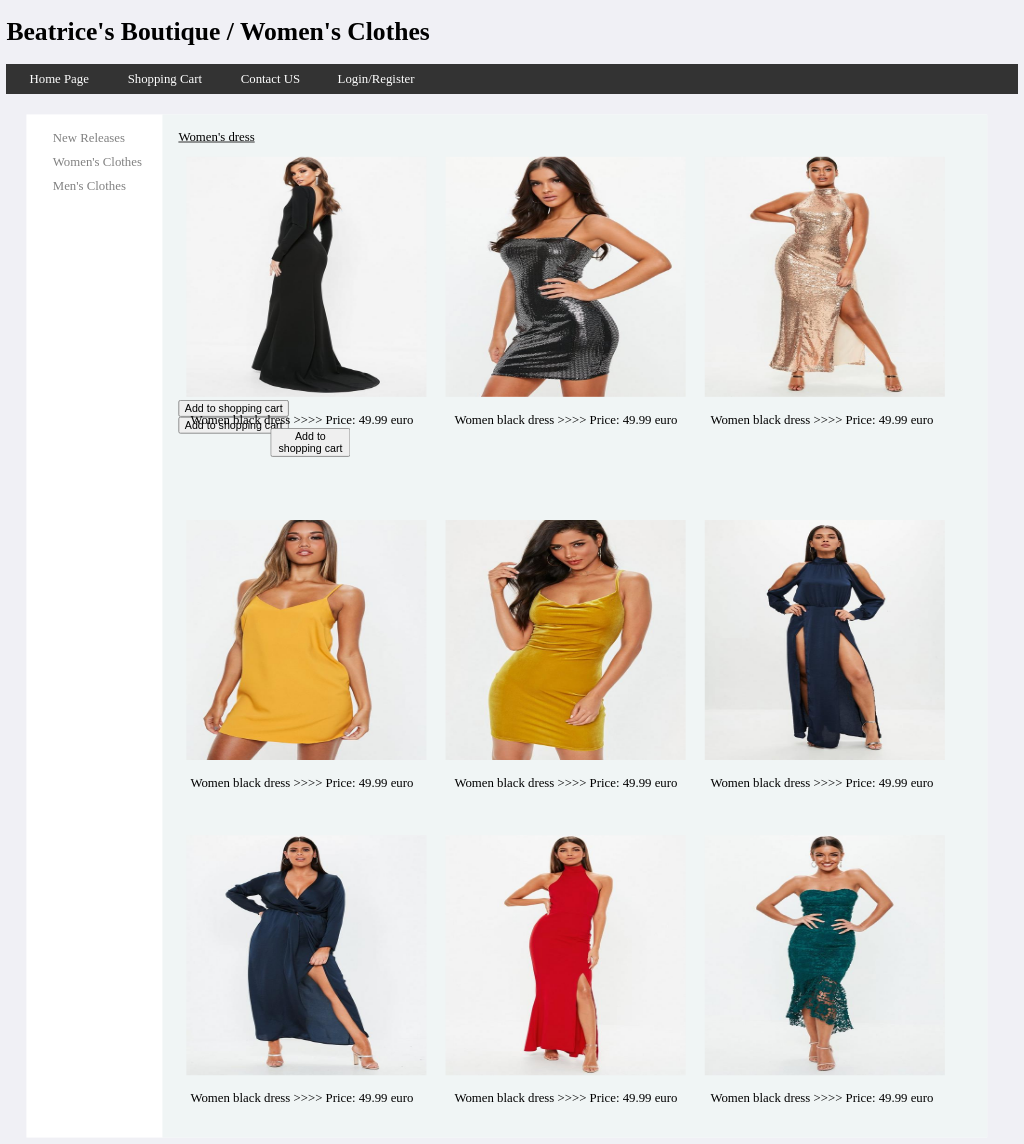
Repository: IosifDobos/Beatrice-Boutique
Page: http://localhost/BeatriceBoutique/womensClothes.jsp
The author's editor kept a copy of each file at every save. The page is drawn from the files as they stood at one save, then again after the next save.
The browser window is 1280 px wide. The pictures show the whole page, at 80% of full size.
The page is served by Tomcat 9.

Above is the page before, as saved 2018-12-04 17:54:25.

After the next save:
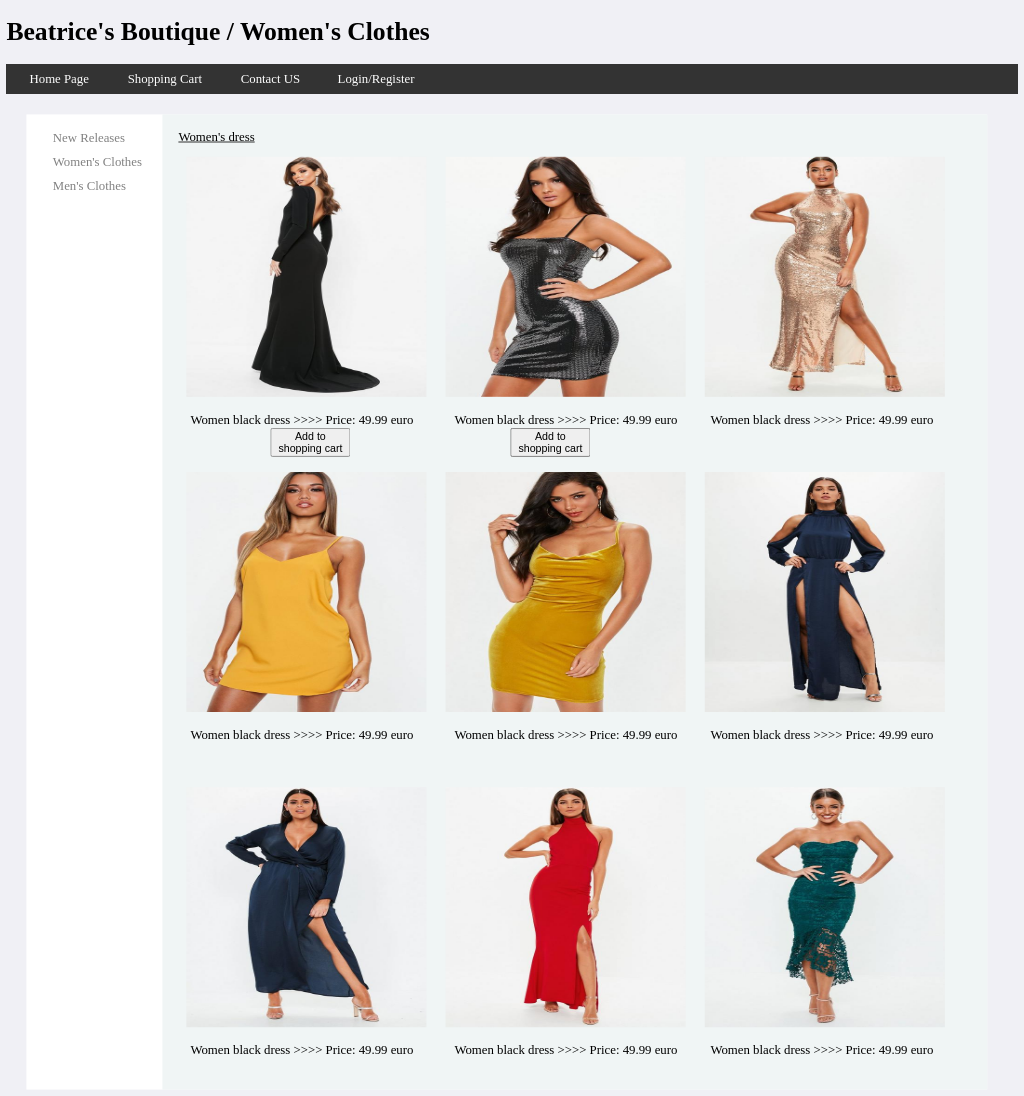
Saved 22 s later.
--- a/BeatriceBoutique/Java/WorkSpace/BeatriceBoutique/WebContent/styleSheet.css
+++ b/BeatriceBoutique/Java/WorkSpace/BeatriceBoutique/WebContent/styleSheet.css
@@ -120,6 +120,14 @@ li a:hover {
 	height: 100px;
 }
 
+#button-url1{
+	position: absolute;
+	margin-top: 35px;
+	margin-left: 415px;
+	width: 100px;
+	height: 100px;
+}
+
 
 /* Responsive layout - when the screen is less than 600px wide, make the two columns stack on top of each other instead of next to each other */
 @media screen and (max-width: 600px) {
